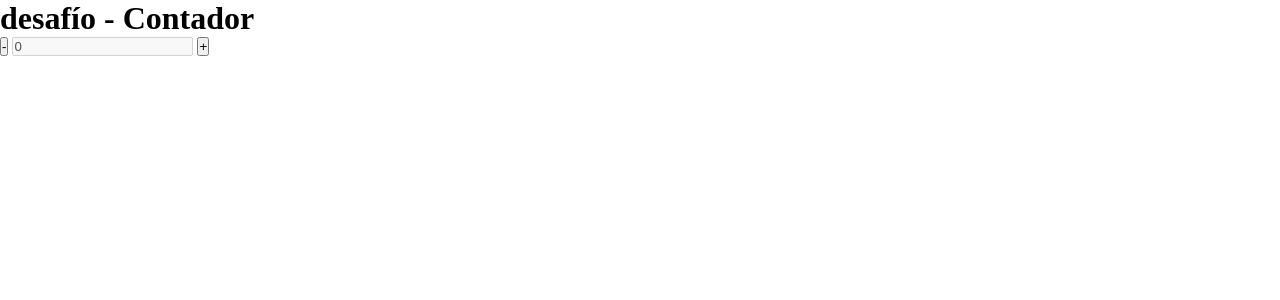
Repository: r-urchi/vue-coderhouse
Page: index.html
These files come from the project's save history. The page is drawn as it stood at one moment and after the next save; the edit follows.
The browser window is 1280 px wide. The pictures show the whole page.
The style sheet was rebuilt from its Sass, Less or Tailwind sources for each picture, by a compiler version that may differ from the author's.

Above is the page before, as saved 2021-11-13 10:52:41.

After the next save:
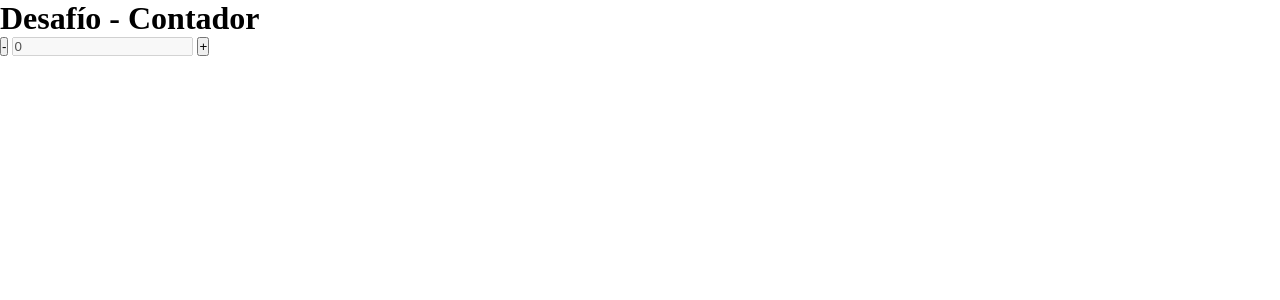
Saved 4 s later.
--- a/index.html
+++ b/index.html
@@ -13,7 +13,7 @@
 
     <div id="app">
 
-        <h1>desafío - Contador</h1>
+        <h1>Desafío - Contador</h1>
         <div class="counter__container">
             <button v-on:click=subtract() class="counter__btn">-</button>
             <input type="number" v-bind:value="counterValue" class="counter__value" disabled/>
